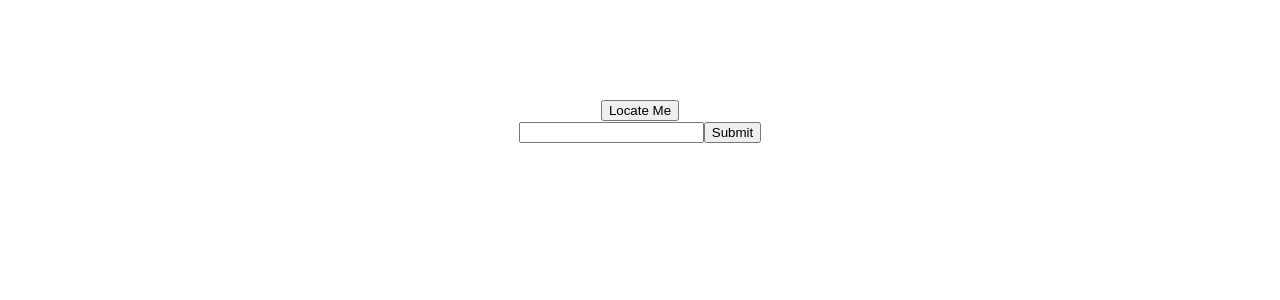
Repository: ahmedazawi/weather-app
Page: /
The author's editor kept a copy of each file at every save. The page is drawn from the files as they stood at one save, then again after the next save.
The browser window is 1280 px wide. The pictures show the whole page.
The project was rebuilt for these pictures with package versions that can differ from the ones it lists, and the page was loaded fresh each time. Also part of the build but not shown: src/layout/Header.js, src/assets/css/details.css, src/assets/data/ContextApi.js, src/assets/css/SevenDaysCards.css, src/components/card.js, src/components/SevenDaysCards.js, src/assets/data/Api.js, src/components/Map.js and 2 more.

Above is the page before, as saved 2022-11-30 22:30:26.

### src/App.js
import React, { useState, useEffect } from "react";
import "./App.css";
import Header from "./layout/Header";
import Details from "./components/Details";

import Store from "./assets/data/Store";
function App() {
  const [lat, setLat] = useState();
  const [long, setLong] = useState();
  const [located, setLocated] = useState(false);
  const [cityName, setCityName] = useState("");
  const [subCity, setSubCity] = useState();

  const inputHandler = (event) => {
    setCityName(event.target.value);
  };
  const clickHandler = () => {
    setSubCity(cityName);
  };
  const geolocationAPI = navigator.geolocation;
  const getUserCoordinates = () => {
    if (!geolocationAPI) {
      console.log("Geolocation API is not available in your browser!");
    } else {
      geolocationAPI.getCurrentPosition(
        (position) => {
          const { coords } = position;
          setLat(coords.latitude);
          setLong(coords.longitude);
          setLocated(true);
        },

        (error) => {
          console.log("Something went wrong getting your position!");
        }
      );
    }
  };

  if (!subCity && !located) {
    return (
      <div className="App">
        <button onClick={getUserCoordinates}>Locate Me</button>
        <div>
          <input
            type="text"
            className="form-control"
            name="cityName"
            onChange={inputHandler}
            value={cityName}
          />
          <button onClick={clickHandler} className="btn">
            Submit
          </button>
        </div>
      </div>
    );
  }
  console.log(located);
  return (
    <div>
      <Header />
      <Store located={located} lat={lat} long={long} city={subCity}>
        <Details />
      </Store>
    </div>
  );
}

export default App;

### src/App.css
body {
  --primaryColor: #5e82f4;
  --secondaryColor: #ffffff;
  --borderRadius: 25px;
}

.nav {
  display: flex;
  align-items: center;
  height: 55px;
  background-color: var(--primaryColor);
}
.App {
  display: flex;
  flex-direction: column;
  align-items: center;
  justify-content: center;
  height: 100%;
  width: 100%;
  margin-top: 100px;
}

Loaded but not shown: public/index.html (common file); src/index.js (common file); src/index.css (common file)

After the next save:
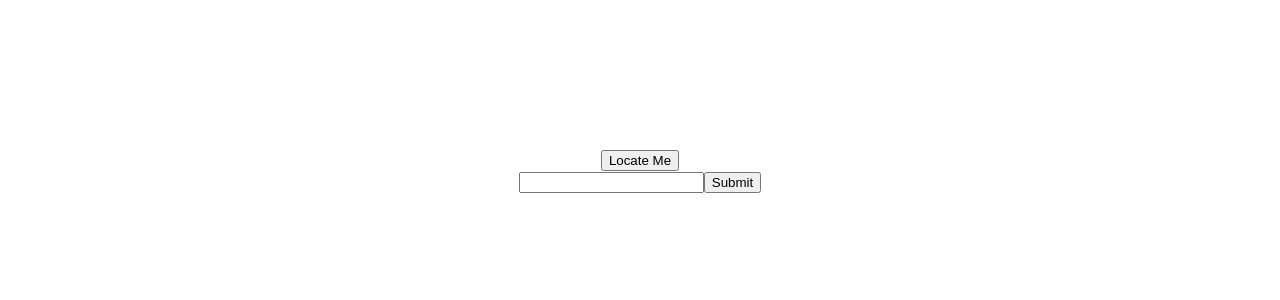
Saved 13 s later.
--- a/src/App.css
+++ b/src/App.css
@@ -17,5 +17,5 @@ body {
   justify-content: center;
   height: 100%;
   width: 100%;
-  margin-top: 100px;
+  margin-top: 150px;
 }
